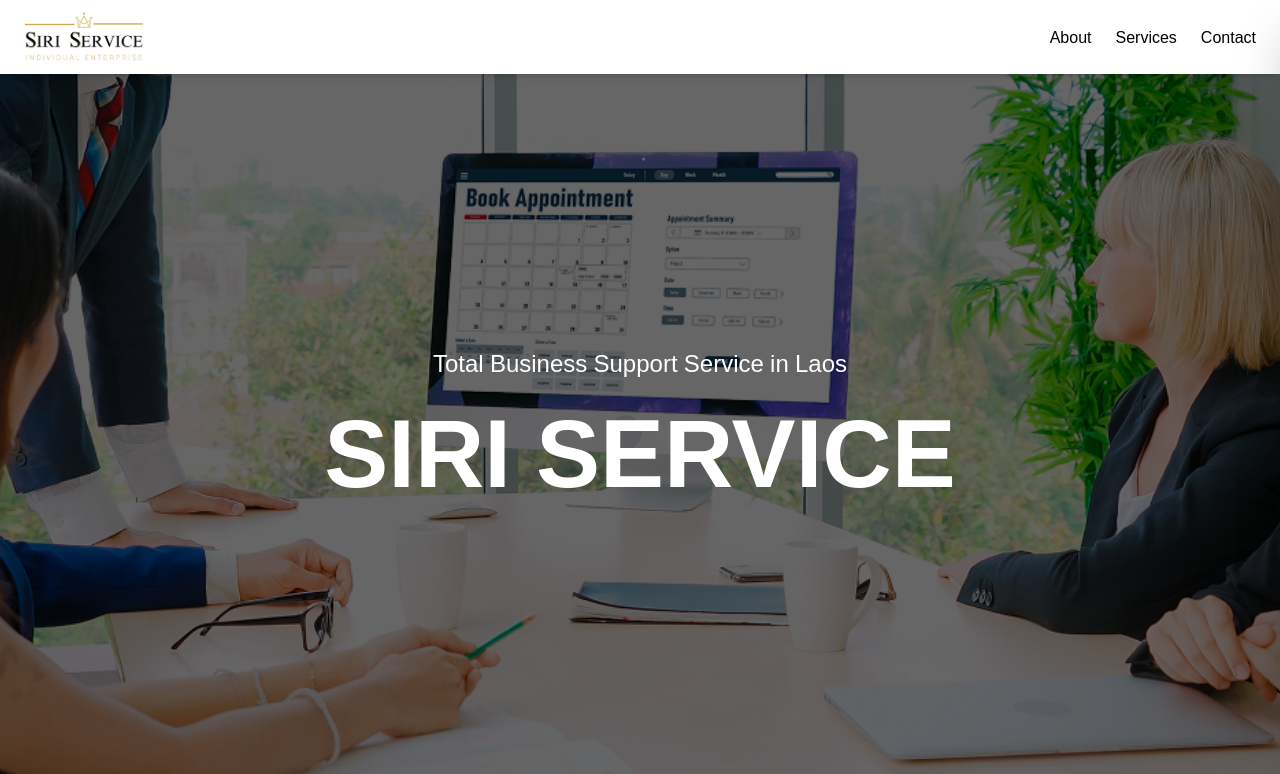
Repository: Phailin-teamplate/siri-service-web
Page: /
These files come from the project's save history. The page is drawn as it stood at one moment and after the next save; the edit follows.
The browser window is 1280 px wide. The pictures show the whole page.
The project was rebuilt for these pictures with package versions that can differ from the ones it lists, and the page was loaded fresh each time. The framework's server and built-in components were replaced by stand-ins that run in the browser. Also part of the build but not shown: next.config.ts.

Above is the page before, as saved 2025-07-02 14:00:43.

After the next save:
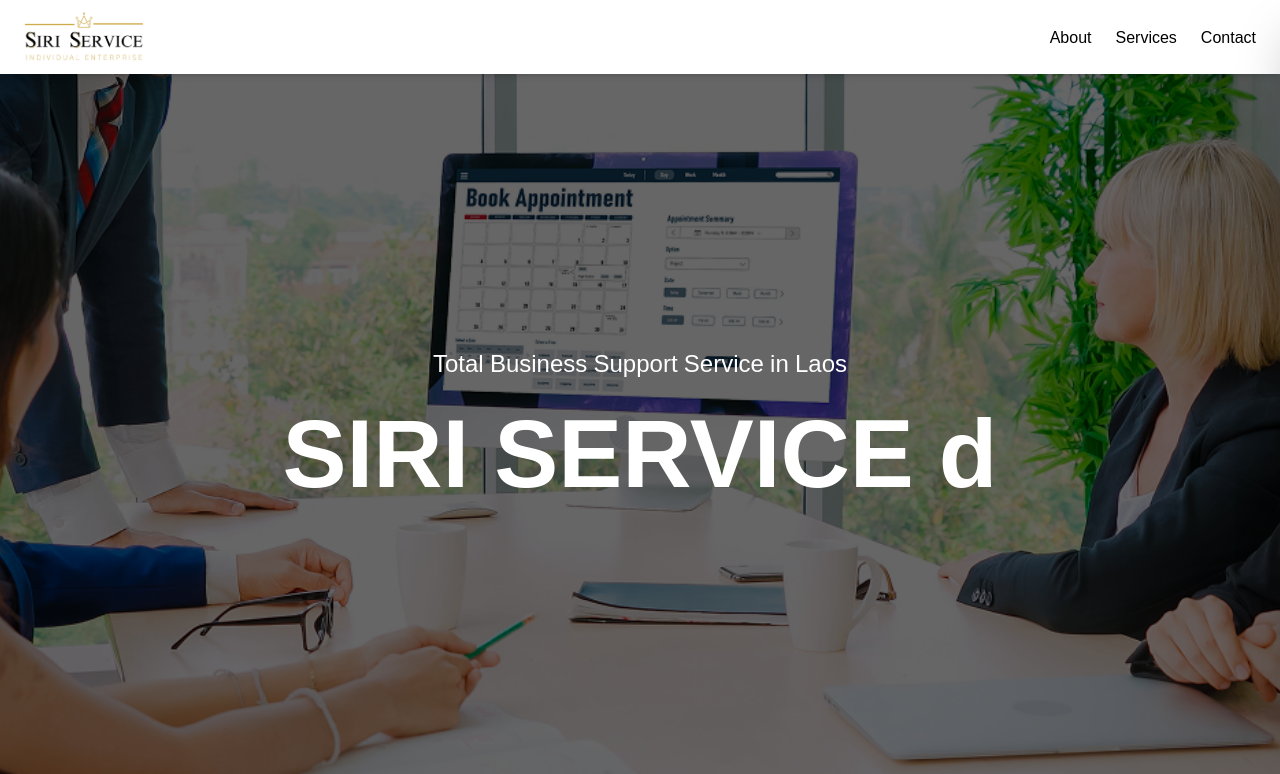
Saved 4 s later.
--- a/src/components/Homepage.tsx
+++ b/src/components/Homepage.tsx
@@ -26,7 +26,7 @@
               </p>
             </div>
             <h1 className="text-white text-4xl xs:text-5xl sm:text-6xl md:text-7xl lg:text-8xl font-bold">
-              SIRI SERVICE
+              SIRI SERVICE d
             </h1>
           </div>
         </div>

After the save that followed:
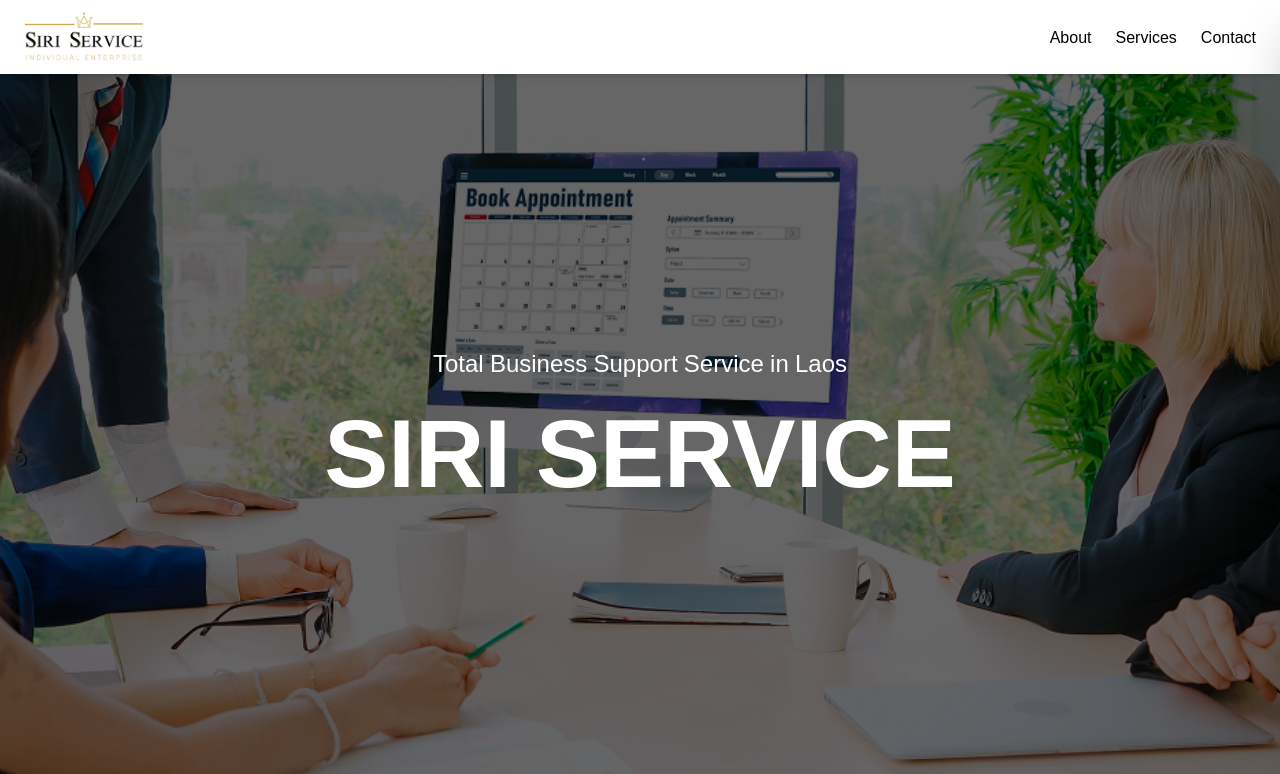
Saved 12 s later.
--- a/src/components/Homepage.tsx
+++ b/src/components/Homepage.tsx
@@ -26,7 +26,7 @@
               </p>
             </div>
             <h1 className="text-white text-4xl xs:text-5xl sm:text-6xl md:text-7xl lg:text-8xl font-bold">
-              SIRI SERVICE d
+              SIRI SERVICE
             </h1>
           </div>
         </div>
